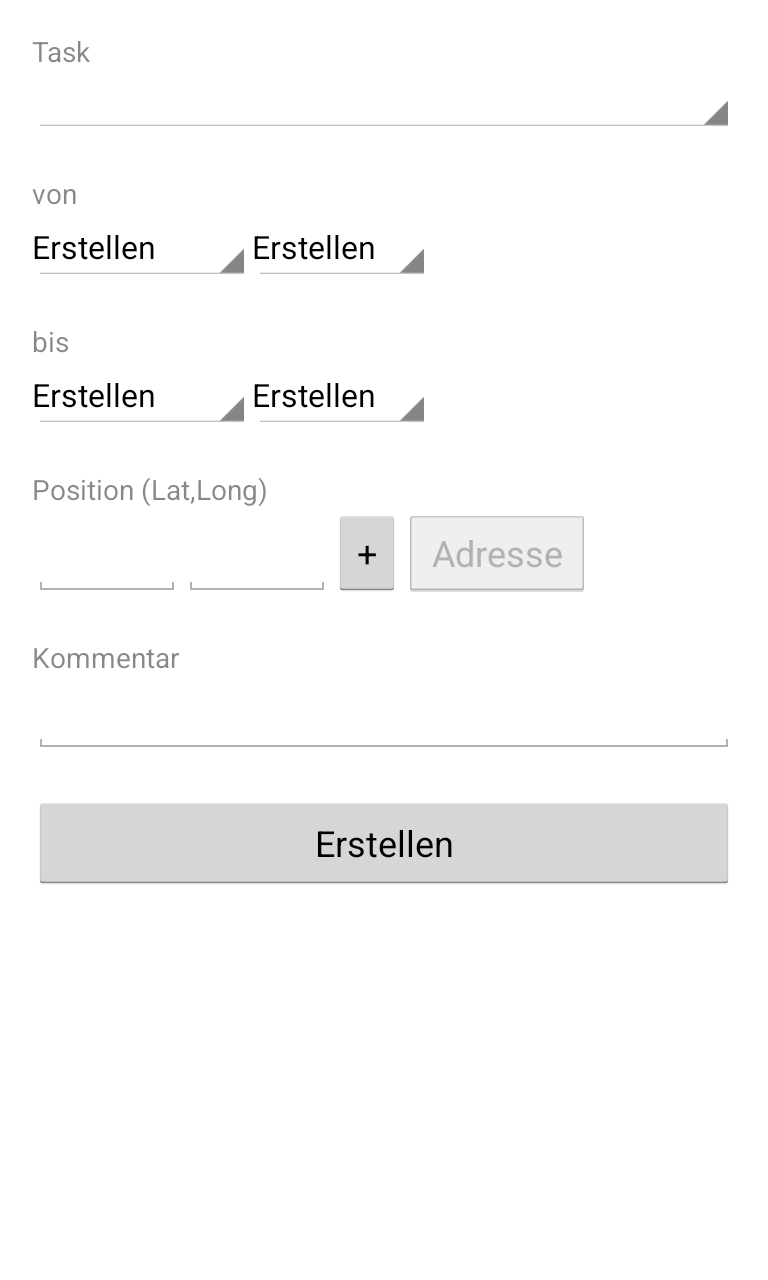
Repository: floriandrs/ttracker
Layout: TTracker/res/layout/activity_create_new_track.xml
These files come from the project's save history. The layout is drawn as it stood at one moment and after the next save; the edit follows.
It is drawn on a 768 x 1280 px phone screen (xhdpi) without system bars, with theme AppTheme; the app's code is not run.

Above is the layout before, as saved 2015-02-25 20:01:28.

After the next save:
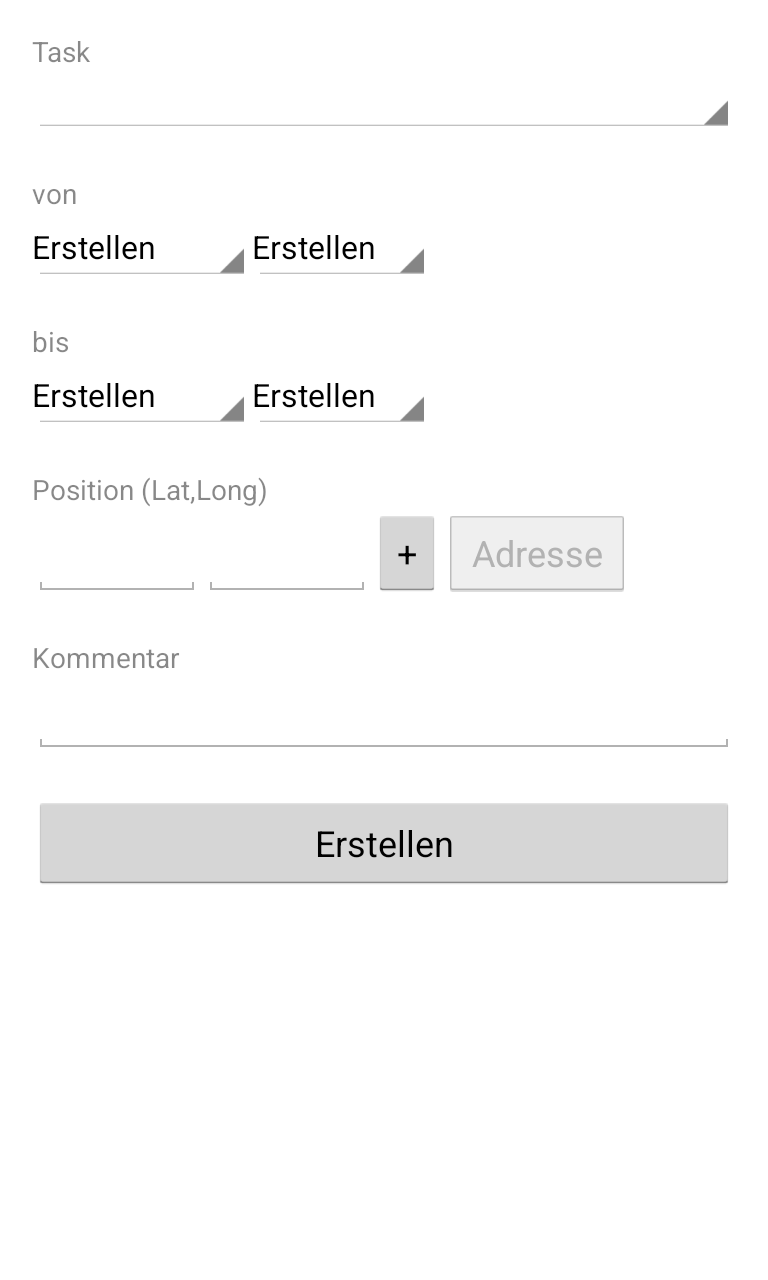
Saved 65 s later.
--- a/TTracker/res/layout/activity_create_new_track.xml
+++ b/TTracker/res/layout/activity_create_new_track.xml
@@ -79,13 +79,13 @@
 
     <EditText
         android:id="@+id/lat"
-        android:layout_width="75dp"
+        android:layout_width="85dp"
         android:layout_height="45dp"
         android:layout_below="@id/locationLabel" />
 
     <EditText
         android:id="@+id/lon"
-        android:layout_width="75dp"
+        android:layout_width="85dp"
         android:layout_height="45dp"
         android:layout_below="@id/locationLabel"
         android:layout_toRightOf="@id/lat" />
